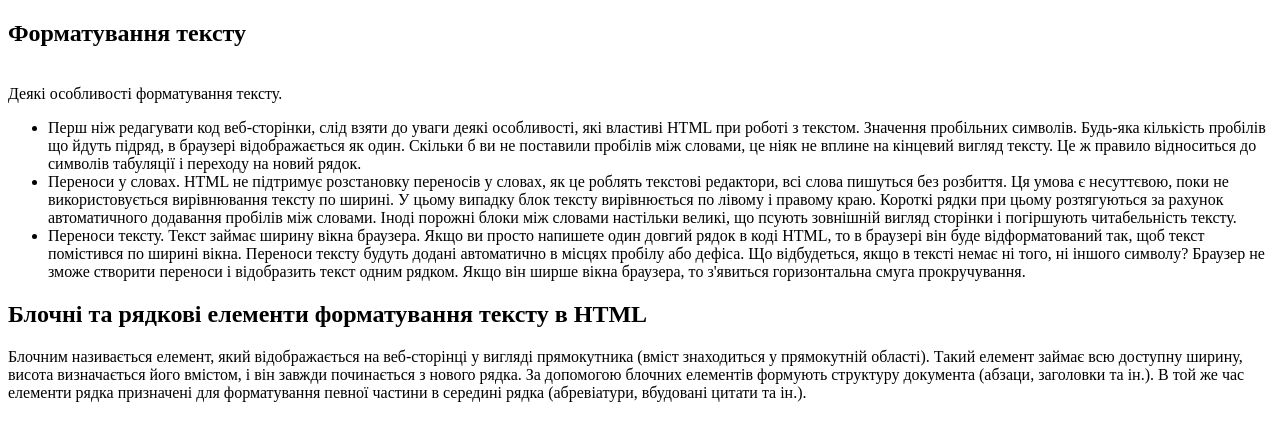
Repository: KseniaMakara/Web
Page: Web/directory.html
The author's editor kept a copy of each file at every save. The page is drawn from the files as they stood at one save, then again after the next save.
The browser window is 1280 px wide. The pictures show the whole page.

Above is the page before, as saved 2021-02-15 16:17:08.

After the next save:
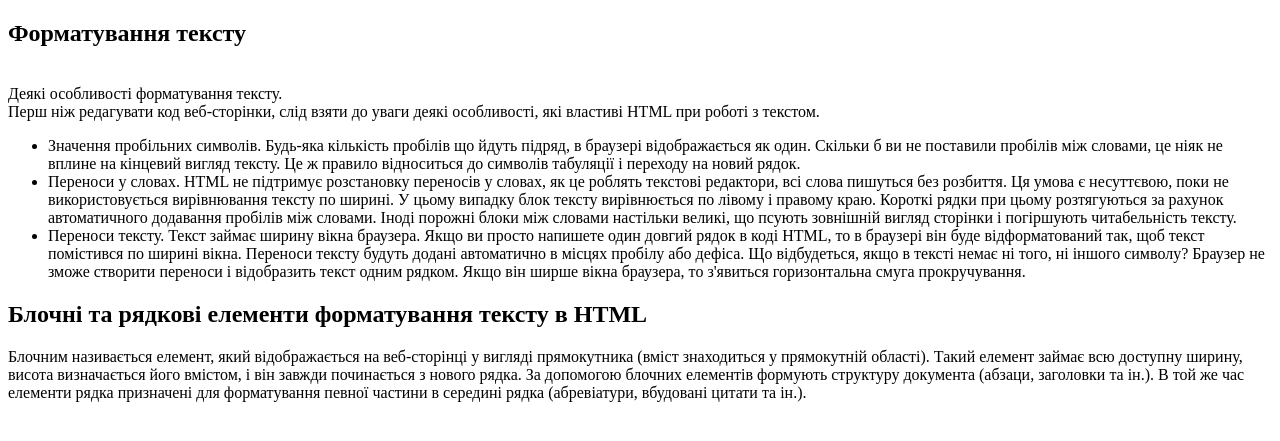
Saved 3 min 13 s later.
--- a/Web/directory.html
+++ b/Web/directory.html
@@ -7,10 +7,10 @@
     <body>
         <h2>Форматування тексту </h2>
         <br>Деякі особливості форматування тексту.</br>
+        Перш ніж редагувати код веб-сторінки, слід взяти до уваги деякі
+        особливості, які властиві HTML при роботі з текстом.
         <ul>
-        <li>Перш ніж редагувати код веб-сторінки, слід взяти до уваги деякі
-        особливості, які властиві HTML при роботі з текстом.
-         Значення пробільних символів. Будь-яка кількість пробілів що йдуть
+        <li>Значення пробільних символів. Будь-яка кількість пробілів що йдуть
         підряд, в браузері відображається як один. Скільки б ви не поставили пробілів
         між словами, це ніяк не вплине на кінцевий вигляд тексту. Це ж правило
         відноситься до символів табуляції і переходу на новий рядок.</li>
